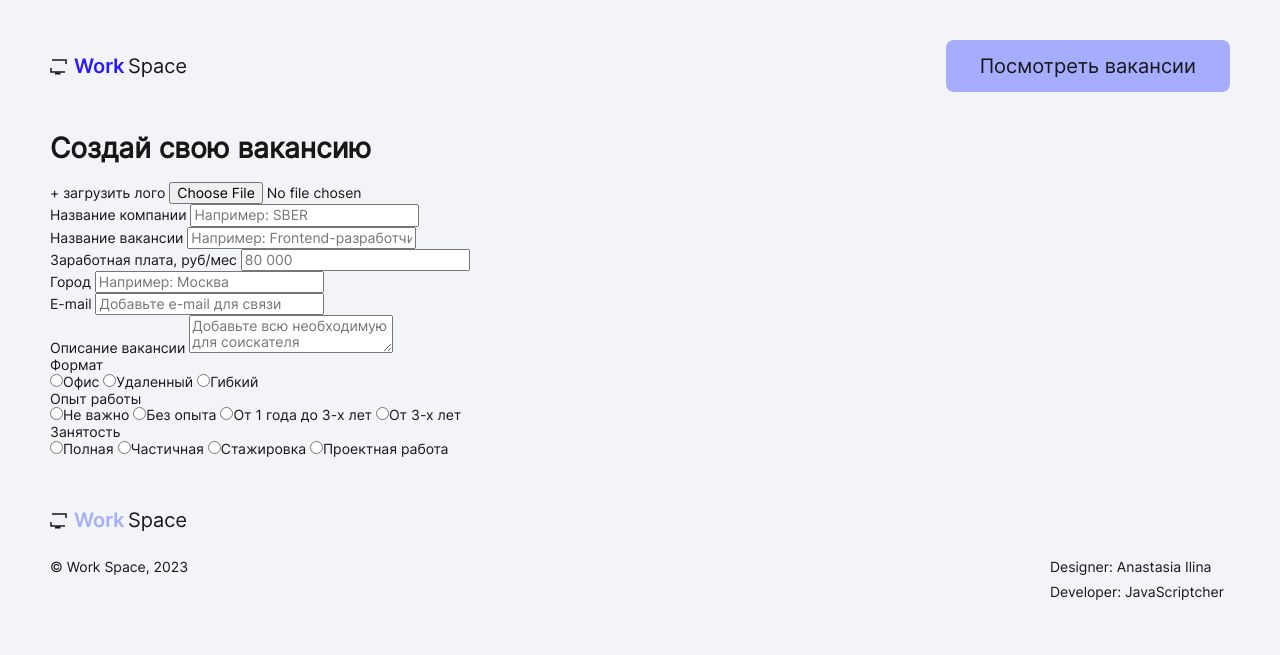
Repository: alexboagreek/workspace_js
Page: employer.html
The author's editor kept a copy of each file at every save. The page is drawn from the files as they stood at one save, then again after a run of saves.
The browser window is 1280 px wide. The pictures show the whole page.

Above is the page before, as saved 2023-09-12 12:58:17.
Console error: TypeError: Cannot read properties of null (reading 'addEventListener')

After the next 3 saves:
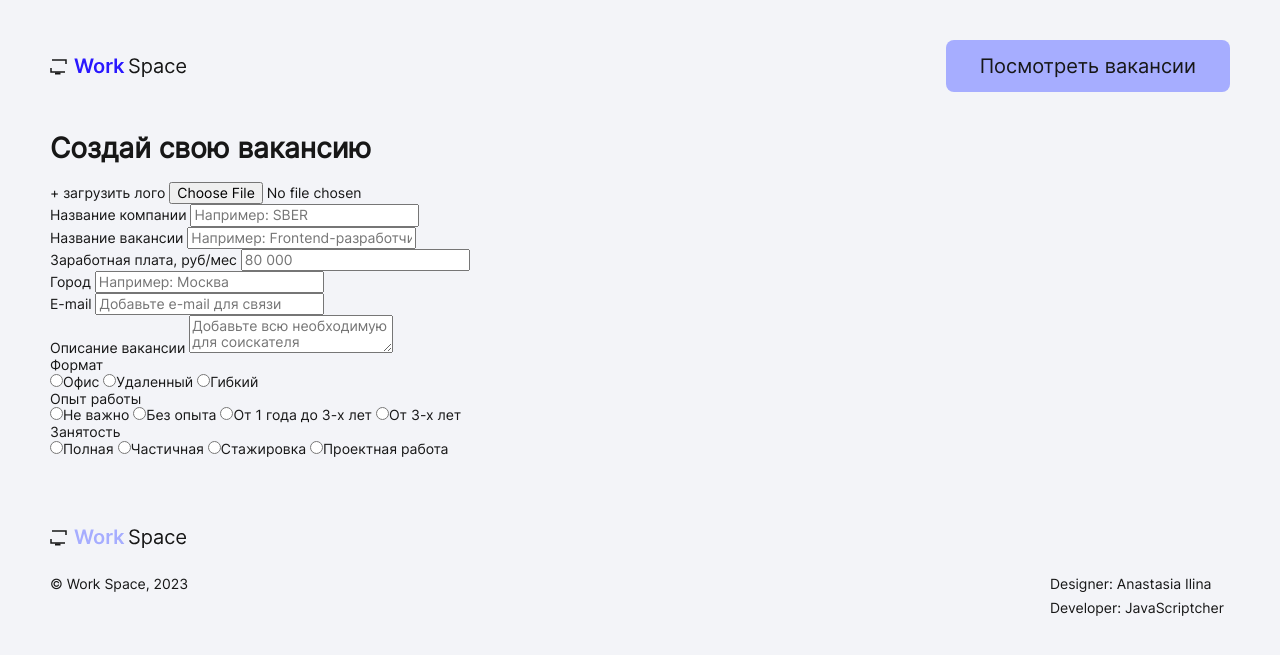
The 3 saves are shown as one change because they came seconds apart.
The last was saved 27 s later.
--- a/employer.html
+++ b/employer.html
@@ -245,7 +245,9 @@
               </fieldset>
             </div>
 
-            <div class="employer__wrap-submit"></div>
+            <div class="employer__wrap-submit">
+              <button></button>
+            </div>
           </form>
         </div>
       </section>
